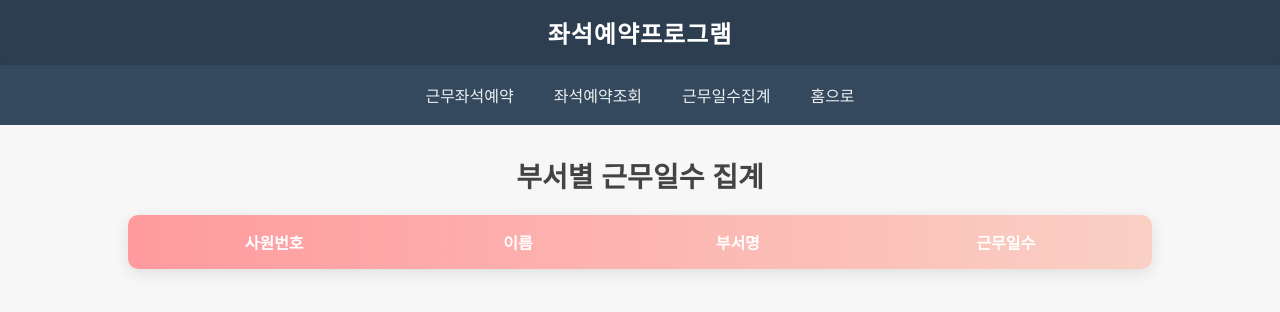
Repository: seowonjong/proje-ct
Page: http://localhost/seat/count.jsp
An editor plug-in stored every save of this project. The page is shown before and after the next save, followed by the edit.
The browser window is 1280 px wide. The pictures show the whole page.
The page is served by Tomcat 9. Queries for data that is not in the repository find no rows.

Above is the page before, as saved 2025-08-25 01:57:07.

After the next save:
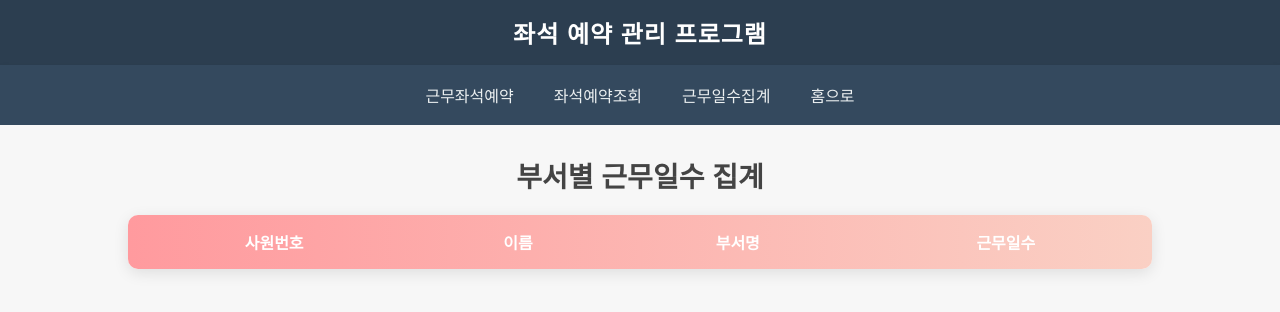
Saved 64 s later.
--- a/seat/src/main/webapp/header.jsp
+++ b/seat/src/main/webapp/header.jsp
@@ -25,7 +25,7 @@
 </head>
 <body>
 <header>
-	<h3>좌석예약프로그램</h3>
+	<h3>좌석 예약 관리 프로그램</h3>
 </header>
 </body>
 </html>
